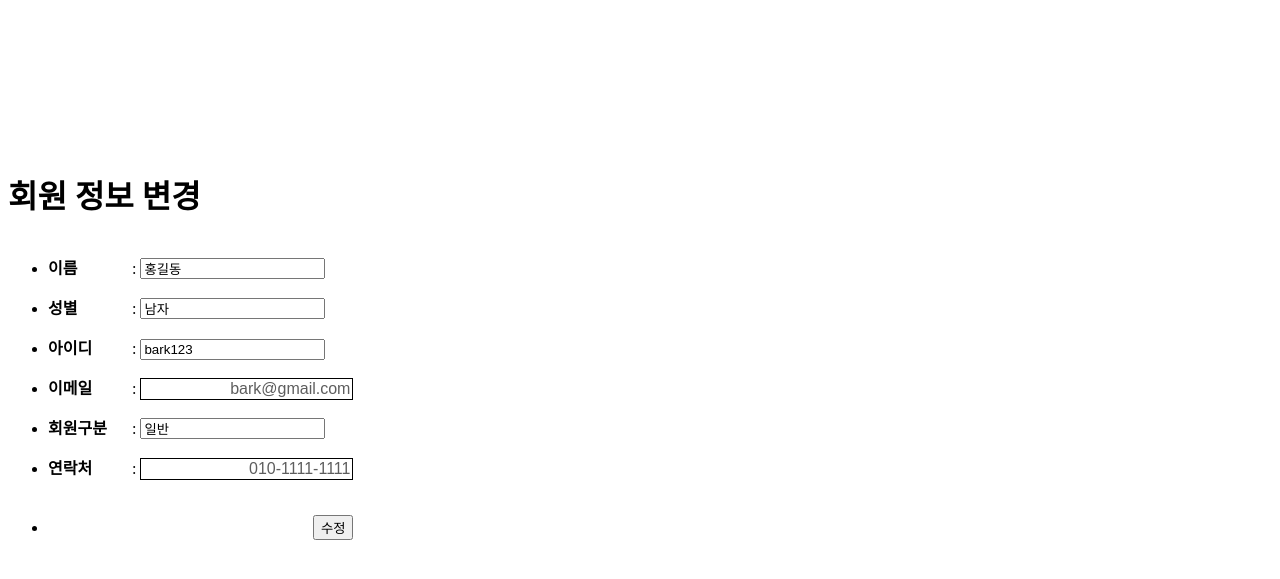
Repository: jngwk/Project-Bark
Page: http://localhost/Bark/include/userEditProfileFrm.jsp
These files come from the project's save history. The page is drawn as it stood at one moment and after the next save; the edit follows.
The browser window is 1280 px wide. The pictures show the whole page.
The page is served by Tomcat 9. Other server files are loaded and not shown.

Above is the page before, as saved 2024-03-31 05:06:30.

### java_workspace/Bark/src/main/webapp/include/userEditProfileFrm.jsp
<%@ page language="java" contentType="text/html; charset=UTF-8"
    pageEncoding="UTF-8"%>
<%@ taglib prefix="c" uri="http://java.sun.com/jsp/jstl/core" %>
<!DOCTYPE html>
<html>
<head>
<meta charset="UTF-8">
<title>header</title>
<c:set var="contextPath" value="${pageContext.request.contextPath }"/>
<link rel="stylesheet" href="${contextPath }/css/userEditProfileFrm.css"/>
</head>
<!--  이름 성별 아이디 이메일 회원구분 연락처 연락처2-->
<body>
<div class="container">
	<h1 id="info_header">회원 정보 변경</h1>
		<div class = "main_info">
			<ul class = "info-list">
				<li><span class="label-text">이름</span> :
				<input class="profile" type="text" data-text-content="true"
				value="홍길동" readonly></li>

				<li><span class="label-text">성별</span> :
				<input class="profile" type="text" data-text-content="true"
				value="남자" readonly></li>

				<li><span class="label-text">아이디</span> :
				<input class="profile" type="text" data-text-content="true"
				value="bark123" readonly></li>

				<li><span class="label-text">이메일</span> :
				<input class="profile1" type="text" data-text-content="true"
				value="bark@gmail.com" ></li>

				<li><span class="label-text">회원구분</span> :
				<input class="profile" type="text" data-text-content="true"
				value="일반" readonly></li>

				<li><span class="label-text">연락처</span> :
				<input class="profile1" type="text" data-text-content="true"
				value="010-1111-1111" ></li>
				<li class="align-right">
				<input type="submit" class="btn" value="수정" style="margin-left: 150px">
				</li>
			</ul>
		</div>
		</div>
</body>
</html>

### java_workspace/Bark/src/main/webapp/css/userEditProfileFrm.css
@charset "UTF-8";
.container{
	position: absolute;
	top: 150px;
}
/* input.profile[type="text"] {
    border: 1px solid black; /* 테두리 스타일 변경 */
    color: rgb(94, 94, 94);
	text-align: right;
	background-color: rgb(224, 224, 224);
	font-size: 16px;
}

input.profile[type="text"]:focus {
    outline: none; /* 클릭했을 때 테두리 스타일 변경 */
}
input.profile1[type="text"] {
    border: 1px solid black; /* 테두리 스타일 변경 */
    color: rgb(94, 94, 94);
	text-align: right;
	background-color: white;
	font-size: 16px;
}

input.profile1[type="text"]:focus {
    outline: none; /* 클릭했을 때 테두리 스타일 변경 */
} */
ul {
    list-style-type: none; /* 불릿 제거 */
}
.label-text {
    display: inline-block;
    width: 80px; /* 고정 너비 설정 */
    font-size: 16px;
    padding-bottom: 16px;
    font-weight: 700;

}

.main_info {
    min-width:300px;
    display: flex;
    flex-direction: column;
    justify-content: center;
    align-items: center;
}
.info-list {
    align-items: center;
    justify-content: center;
}

.align-right {
    text-align: right;
    padding-top: 20px;
}

After the next save:
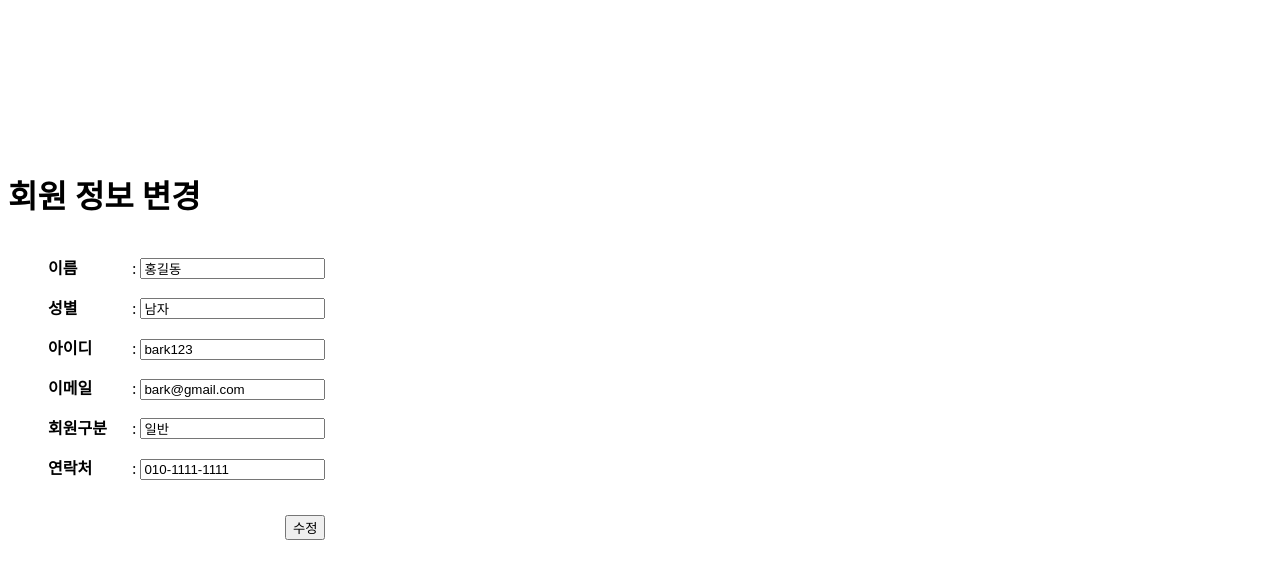
Saved 33 s later.
--- a/java_workspace/Bark/src/main/webapp/css/userEditProfileFrm.css
+++ b/java_workspace/Bark/src/main/webapp/css/userEditProfileFrm.css
@@ -3,28 +3,7 @@
 	position: absolute;
 	top: 150px;
 }
-/* input.profile[type="text"] {
-    border: 1px solid black; /* 테두리 스타일 변경 */
-    color: rgb(94, 94, 94);
-	text-align: right;
-	background-color: rgb(224, 224, 224);
-	font-size: 16px;
-}
 
-input.profile[type="text"]:focus {
-    outline: none; /* 클릭했을 때 테두리 스타일 변경 */
-}
-input.profile1[type="text"] {
-    border: 1px solid black; /* 테두리 스타일 변경 */
-    color: rgb(94, 94, 94);
-	text-align: right;
-	background-color: white;
-	font-size: 16px;
-}
-
-input.profile1[type="text"]:focus {
-    outline: none; /* 클릭했을 때 테두리 스타일 변경 */
-} */
 ul {
     list-style-type: none; /* 불릿 제거 */
 }
